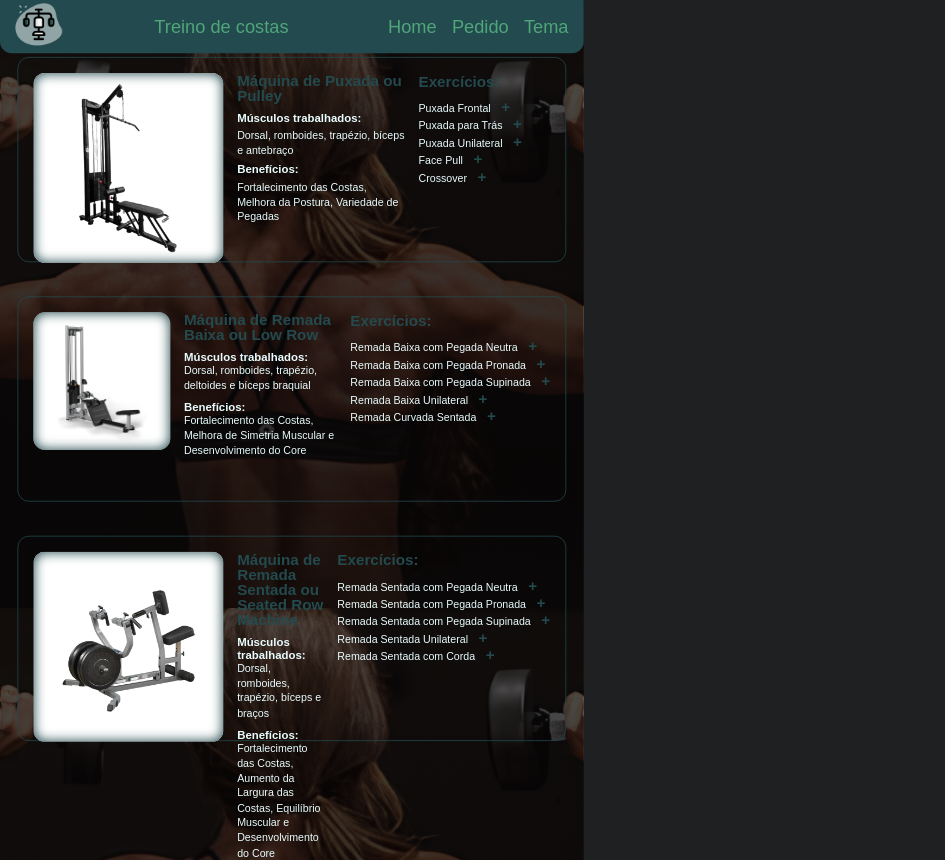
Repository: Marinalr-25/Projeto-Aparelhos-de-Academia
Page: costas.html
An editor plug-in stored every save of this project. The page is shown before and after the next save, followed by the edit.
The browser window is 768 px wide. The page is 768 px wide, then 1244 px, so the pictures cover 1244 px, including what lies to the right of the window. The pictures show the whole page, at 76% of full size.
Backgrounds fixed to the window are drawn as part of the page.

Above is the page before, as saved 2025-01-06 17:19:31.
Console error: TypeError: Cannot read properties of null (reading 'addEventListener')

### costas.html
<!DOCTYPE html>
<html lang="pt">
  <head>
    <meta charset="UTF-8" />
    <meta name="viewport" content="width=device-width, initial-scale=1.0" />
    <link rel="stylesheet" href="css/style.css" />
    <link rel="stylesheet" href="css/temas.css" />
    <link
      rel="stylesheet"
      href="css/media-990.css"
      media="(max-width: 990px)"
    />
    <link
      rel="stylesheet"
      href="css/media-767.css"
      media="(max-width: 767px)"
    />

    <link
      rel="stylesheet"
      href="css/media-660.css"
      media="(max-width: 660px)"
    />
    <link
      rel="stylesheet"
      href="css/media-580.css"
      media="(max-width: 580px)"
    />

    <title>costas</title>
  </head>
  <body class="body costas">
    <header class="header sobe">
      <a href="telaPrincipal.html">
        <img class="logo" src="imagens/logoverde.png" alt="logo" />
      </a>
      <p>Treino de costas</p>
      <nav>
        <ul>
          <li class="lista-cabecalho" class="homeCostas">
            <a href="telaPrincipal.html">Home</a>
          </li>
          <li class="lista-cabecalho" id="pedido">
            <a href="pedido.html">Pedido</a>
          </li>
          <li class="lista-cabecalho" id="tema"><a href="#">Tema</a></li>
        </ul>
      </nav>
      <div class="nav-icones">
        <svg
          xmlns="http://www.w3.org/2000/svg"
          class="nav-icone--menu"
          viewBox="0 0 512 512"
        >
          <path
            fill="none"
            stroke="currentColor"
            stroke-linecap="round"
            stroke-miterlimit="10"
            stroke-width="32"
            d="M80 160h352M80 256h352M80 352h352"
          ></path>
        </svg>

        <svg
          xmlns="http://www.w3.org/2000/svg"
          class="nav-icone--fechar"
          viewBox="0 0 512 512"
        >
          <path
            fill="none"
            stroke="currentColor"
            stroke-linecap="round"
            stroke-linejoin="round"
            stroke-width="32"
            d="M368 368L144 144M368 144L144 368"
          ></path>
        </svg>
      </div>
    </header>
    <main class="mainBody move-bottom">
      <section>
        <div class="container">
          <div class="maquinas">
            <img
              class="img-maquinas"
              src="aparelhos/maquina-pulley.png"
              alt="maquina-pulley"
            />
            <div class="informacoes">
              <div>
                <h2 class="title">Máquina de Puxada ou Pulley</h2>
              </div>
              <div class="separar">
                <div class="infos">
                  <h3 class="h3">Músculos trabalhados:</h3>
                  <p class="info">
                    Dorsal, romboides, trapézio, bíceps e antebraço
                  </p>
                </div>
                <div class="infos">
                  <h3 class="h3">Benefícios:</h3>
                  <p class="info">
                    Fortalecimento das Costas, Melhora da Postura, Variedade de
                    Pegadas
                  </p>
                </div>
              </div>
            </div>
            <div class="exercicios">
              <h3 class="title">Exercícios:</h3>
              <ul>
                <li>
                  Puxada Frontal
                  <span class="mais">+</span>
                  <div class="tooltip">
                    Sente-se na máquina, segure a barra com as mãos afastadas na
                    largura dos ombros (pegada pronada ou neutra) e puxe a barra
                    em direção ao peito, mantendo os cotovelos para baixo e para
                    trás.
                  </div>
                </li>
                <li>
                  Puxada para Trás
                  <span class="mais">+</span>
                  <div class="tooltip">
                    Sente-se na máquina, segure a barra com as palmas para cima
                    e as mãos mais afastadas que a largura dos ombros e puxe a
                    barra em direção ao peito, mantendo os cotovelos para trás e
                    perto do corpo
                  </div>
                </li>
                <li>
                  Puxada Unilateral
                  <span class="mais">+</span>
                  <div class="tooltip">
                    Sente-se ou fique de pé, segurando uma alça com uma mão e
                    mantendo o tronco estável, com a outra mão livre ou
                    segurando o apoio da máquina. Puxe o cabo em direção ao
                    tronco, mantendo o cotovelo próximo ao corpo e a escápula
                    contraída.
                  </div>
                </li>
                <li>
                  Face Pull
                  <span class="mais">+</span>
                  <div class="tooltip">
                    Segure a corda com as duas mãos e puxe o cabo em direção ao
                    rosto, ativando os deltoides posteriores e o trapézio.
                  </div>
                </li>
                <li>
                  Crossover
                  <span class="mais">+</span>
                  <div class="tooltip">
                    Com as cordas ou alças ajustadas nas duas extremidades da
                    máquina, puxe as alças cruzando-as à frente do corpo, como
                    se estivesse tentando juntar as mãos em um movimento de
                    abertura de peito.
                  </div>
                </li>
              </ul>
            </div>
          </div>
          <div class="maquinas">
            <div class="img-maquinas">
              <img src="aparelhos/maquina-low-row.png" alt="maquina-pulley" />
            </div>
            <div class="informacoes">
              <div>
                <h2 class="title">Máquina de Remada Baixa ou Low Row</h2>
              </div>
              <div class="infos">
                <h3 class="h3">Músculos trabalhados:</h3>
                <p class="info">
                  Dorsal, romboides, trapézio, deltoides e bíceps braquial
                </p>
              </div>
              <div class="infos">
                <h3 class="h3">Benefícios:</h3>
                <p class="info">
                  Fortalecimento das Costas, Melhora de Simetria Muscular e
                  Desenvolvimento do Core
                </p>
              </div>
            </div>
            <div class="exercicios">
              <h3 class="title">Exercícios:</h3>
              <ul>
                <li>
                  Remada Baixa com Pegada Neutra
                  <span class="mais">+</span>
                  <div class="tooltip">
                    Esse é o exercício clássico na máquina, onde a pessoa usa um
                    pegador em formato de "V" (pegada neutra) para trabalhar
                    principalmente a espessura da parte média das costas, com
                    foco nos músculos romboides e dorsais
                  </div>
                </li>
                <li>
                  Remada Baixa com Pegada Pronada
                  <span class="mais">+</span>
                  <div class="tooltip">
                    Nessa variação, o pegador é reto e a pegada é com as palmas
                    voltadas para baixo, o que enfatiza mais o trapézio e o
                    latíssimo do dorso, além de dar um estímulo aos romboides
                  </div>
                </li>
                <li>
                  Remada Baixa com Pegada Supinada
                  <span class="mais">+</span>
                  <div class="tooltip">
                    Aqui a pegada é invertida, com as palmas das mãos voltadas
                    para cima. Essa variação ajuda a ativar mais o bíceps junto
                    com as costas, criando um movimento que trabalha tanto a
                    parte superior quanto inferior das costas
                  </div>
                </li>
                <li>
                  Remada Baixa Unilateral
                  <span class="mais">+</span>
                  <div class="tooltip">
                    Esse exercício é feito segurando o pegador com uma única mão
                    de cada vez, permitindo maior foco no lado direito ou
                    esquerdo das costas separadamente, o que ajuda na simetria e
                    força
                  </div>
                </li>
                <li>
                  Remada Curvada Sentada
                  <span class="mais">+</span>
                  <div class="tooltip">
                    Uma variação onde o tronco se inclina ligeiramente para
                    frente antes de puxar o cabo, ativando diferentes áreas dos
                    dorsais e da parte inferior das costas, além de trabalhar a
                    estabilização
                  </div>
                </li>
              </ul>
            </div>
          </div>
          <div class="maquinas">
            <img
              class="img-maquinas"
              src="aparelhos/seated-row-machine.png"
              alt="maquina-pulley"
            />
            <div class="informacoes">
              <div>
                <h2 class="title">
                  Máquina de Remada Sentada ou Seated Row Machine
                </h2>
              </div>
              <div class="infos">
                <h3 class="h3">Músculos trabalhados:</h3>
                <p class="info">Dorsal, romboides, trapézio, bíceps e braços</p>
              </div>
              <div class="infos">
                <h3 class="h3">Benefícios:</h3>
                <p class="info">
                  Fortalecimento das Costas, Aumento da Largura das Costas,
                  Equilíbrio Muscular e Desenvolvimento do Core
                </p>
              </div>
            </div>
            <div class="exercicios">
              <h3 class="title">Exercícios:</h3>
              <ul>
                <li>
                  Remada Sentada com Pegada Neutra
                  <span class="mais">+</span>
                  <div class="tooltip">
                    Segure as alças com as palmas das mãos voltadas uma para a
                    outra (pegada neutra) e puxe em direção ao tronco, mantendo
                    os cotovelos próximos ao corpo e os ombros relaxados.
                    Contraia as escápulas no final do movimento
                  </div>
                </li>
                <li>
                  Remada Sentada com Pegada Pronada
                  <span class="mais">+</span>
                  <div class="tooltip">
                    Segure a barra com as palmas das mãos voltadas para baixo
                    (pegada pronada) e puxe a barra para o corpo, mantendo os
                    cotovelos alinhados com o tronco. Evite balançar o corpo e
                    use um movimento controlado
                  </div>
                </li>
                <li>
                  Remada Sentada com Pegada Supinada
                  <span class="mais">+</span>
                  <div class="tooltip">
                    Segure a barra com as palmas das mãos voltadas para cima
                    (pegada supinada). Puxe a barra em direção ao corpo,
                    mantendo os cotovelos mais baixos e próximos ao tronco
                  </div>
                </li>
                <li>
                  Remada Sentada Unilateral
                  <span class="mais">+</span>
                  <div class="tooltip">
                    Segure a alça com uma mão e puxe o cabo em direção ao
                    tronco. Mantenha o tronco estável e evite torcer o corpo.
                    Repita o movimento para o outro lado
                  </div>
                </li>
                <li>
                  Remada Sentada com Corda
                  <span class="mais">+</span>
                  <div class="tooltip">
                    Use uma corda para segurar as alças e puxe em direção ao
                    tronco, abrindo as mãos ao final do movimento, aumentando a
                    contração nos romboides e trapézio.
                  </div>
                </li>
              </ul>
            </div>
          </div>
        </div>
      </section>
    </main>
    <section class="pop-up-temas">
      <div class="container">
        <div class="bolinha verde"></div>
        <div class="bolinha azul"></div>
        <div class="bolinha rosa"></div>
        <div class="bolinha vermelho"></div>
        <div class="bolinha roxo"></div>
        <div class="bolinha laranja"></div>
        <svg
          xmlns="http://www.w3.org/2000/svg"
          class="icone-fechar"
          viewBox="0 0 512 512"
        >
          <path
            fill="none"
            stroke="currentColor"
            stroke-linecap="round"
            stroke-linejoin="round"
            stroke-width="32"
            d="M368 368L144 144M368 144L144 368"
          ></path>
        </svg>
      </div>
    </section>
    <script src="js/script.js"></script>
    <script src="js/costas.js"></script>
    <script src="js/temas.js"></script>
  </body>
</html>

### css/temas.css
:root {
  --cor-fundo: #234a4e;
  --cor-texto: #4fa679;
  --verde-primario: #234a4e;
  --verde-secundario: #4fa679;
  --azul-primario: #0d6bb2;
  --azul-secundario: #83e3ff;
  --rosa-primario: #ae2478;
  --rosa-secundario: #eed3e4;
  --vermelho-primario: #a50000;
  --vermelho-secundario: #e4b2b2;
  --roxo-primario: #4c4c99;
  --roxo-secundario: #c9c9e0;
  --laranja-primario: #ff6c37;
  --laranja-secundario: #ffd2c3;
}

.pop-up-temas {
  display: none;
  transition: opacity 0.3s ease, transform 0.3s ease;
  &.aberto {
    display: flex;
    position: fixed;
    top: 50%;
    left: 50%;
    transform: translate(-50%, -50%);
    opacity: 1;
    height: 18rem;
    background-color: rgba(0, 0, 0, 0.95);
    border-radius: 1.5rem;

    & .container {
      display: flex;
      justify-content: center;
      align-items: center;
      gap: 1rem;
      flex-direction: row;
      padding: 2rem;
      max-width: 65rem;
      position: relative;

      & .bolinha {
        width: 4rem;
        height: 4rem;
        margin: 0.5rem;
        border-radius: 50%;

        &.verde {
          background: linear-gradient(
            to right,
            var(--verde-primario) 50%,
            var(--verde-secundario) 50%
          );
        }
        &.azul {
          background: linear-gradient(
            to right,
            var(--azul-primario) 50%,
            var(--azul-secundario) 50%
          );
        }

        &.rosa {
          background: linear-gradient(
            to right,
            var(--rosa-primario) 50%,
            var(--rosa-secundario) 50%
          );
        }
        &.vermelho {
          background: linear-gradient(
            to right,
            var(--vermelho-primario) 50%,
            var(--vermelho-secundario) 50%
          );
        }
        &.roxo {
          background: linear-gradient(
            to right,
            var(--roxo-primario) 50%,
            var(--roxo-secundario) 50%
          );
        }
        &.laranja {
          background: linear-gradient(
            to right,
            var(--laranja-primario) 50%,
            var(--laranja-secundario) 50%
          );
        }
      }
      & .icone-fechar {
        display: block;
        position: absolute;
        top: 0;
        right: 0;
        color: var(--cor-texto);
        z-index: 10001;
        width: 5rem;
        height: 5rem;
      }
    }
  }
}

### css/media-990.css
@media all and (max-width: 61.87em) {
  .body.costas {
    background-size: cover;
    & .mainBody {
      margin-top: 5rem;
      & .container {
        & .maquinas {
          width: 94vw;
          height: 27rem;
          gap: 1.8rem;

          & .img-maquinas {
            & img {
              width: 18rem;
              height: 18rem;
            }

            & > div {
              align-self: center;
            }
          }

          & .informacoes {
            max-width: 100%;
            gap: 1rem;
            padding: 0;
            & .title {
              font-size: 2rem;
              line-height: 1;
            }

            & .separar {
              gap: 0.6rem;
            }

            & .infos {
              & .h3 {
                font-size: 1.5rem;
              }
              & .info {
                font-size: 1.4rem;
              }
            }
          }

          & .exercicios {
            max-width: 100%;
            gap: 1rem;

            & .title {
              font-size: 2rem;
            }

            & ul li {
              font-size: 1.4rem;
              padding-bottom: 0rem;
            }
          }
        }
      }
    }
  }
}

### css/media-767.css
@media all and (max-width: 48em) {
  html {
    font-size: 56.25%;
  }

  .header {
    font-size: 2rem;
  }

  .tela-inicial {
    & .box-inicial {
      & .segunda-tela {
        & .aparelhos {
          width: 15rem;
          &.esquerda {
            top: 15px;
          }
        }
      }
    }
  }

  .body {
    .header {
      & .logo {
        width: 10.7vw;
        height: 10.7vw;
        min-height: 9rem;
        min-width: 9rem;
      }

      nav {
        display: none;
        opacity: 0;
        transform: translateX(100%);
        transition: opacity 0.3s ease;

        &.aberto {
          display: flex;
          opacity: 0.9;
          transform: translateX(0);
        }
      }
      & .nav-icones {
        display: block;
        max-width: 30%;
        width: 5rem;
        height: 5rem;
        margin-right: 2rem;
        margin-left: 2rem;
        color: var(--cor-texto);
        z-index: 10001;
      }
    }
    & .nav-icone--fechar {
      display: none;
    }
    &.aberto {
      opacity: 0.9;
      & nav {
        display: flex;
        flex-direction: column;
        justify-content: center;
        transform: translateX(100%);
        transition: opacity 0.3s ease, transform 0.3s ease;
        align-items: center;
        box-shadow: inset 0 0 0 3px var(--cor-texto);
        background-color: var(--cor-fundo);
        border-top-left-radius: 50px;
        border-bottom-left-radius: 50px;
        opacity: 0.9;
        position: fixed;
        top: 0;
        width: 20%;
        height: 700px;
        right: 0;
        z-index: 1000;
        overflow: hidden;

        & ul {
          flex-direction: column;
          align-items: center;
          & li {
            &:hover {
              text-decoration: underline;
            }
          }
        }
      }
      & .nav-icone--menu {
        display: block;
      }
      & .nav-icone--fechar {
        display: none;
      }
    }

    & .tela-principal {
      & .container {
        & .box {
          &.braco {
            background-image: url(/imagens/braço.png);
          }

          &.perna {
            background-image: url(/imagens/perna.png);
          }

          &.ombro {
            background-image: url(/imagens/ombro.png);
          }

          &.costas {
            background-image: url(/imagens/costasHDrecortada.png);
          }

          &.peito {
            background-image: url(/imagens/peito.png);
          }
          &.abdomen {
            background-image: url(/imagens/abdomen.png);
          }
        }
      }
    }
    &.costas {
      & .mainBody {
        margin-top: 5rem;
        & .container {
          flex-direction: row;
          justify-content: center;
          flex-wrap: wrap;
          padding-top: 3.5rem;
          & .maquinas {
            flex-direction: column;
            width: 40rem;
            height: auto;
            & .img-maquinas {
              display: block;
              margin: 0 auto;
            }

            & .informacoes {
              & .title {
                font-size: 2rem;
                line-height: 1;
              }
              & .infos {
                & .h3 {
                  font-size: 1.8rem;
                }
                & .info {
                  font-size: 1.6rem;
                }
              }
            }

            & .exercicios {
              width: 100%;
              gap: 0.5rem;

              & ul li {
                font-size: 1.6rem;
                padding-bottom: 0;
              }
            }
          }
        }
      }
    }
  }
}

### css/media-660.css
@media all and (max-width: 41.25em) {
  .tela-inicial {
    & .box-inicial {
      & .primeira-tela {
        justify-content: center;
      }
      & .segunda-tela {
        gap: 1.5rem;
      }
      & .pontos {
        & div {
          width: 0.9rem;
          height: 0.9rem;
        }
        & .primeiro-ponto {
          transform: translate(-25px, 7px);
        }
        & .segundo-ponto {
          transform: translate(0, 0);
        }
        & .terceiro-ponto {
          transform: translate(25px, -7px);
        }
      }
    }

    .topo {
      & .h2-muitoBem {
        text-align: center;
        & #nome-saudacao {
          display: block;
        }
      }
    }
  }

  .body.costas {
    background-size: cover;
  }
}

### css/media-580.css
@media all and (max-width: 36.25em) {
  .tela-inicial {
    & .box-inicial {
      height: 60rem;
      & .pontos {
        & div {
          width: 0.9rem;
        }
        & .primeiro-ponto {
          transform: translate(-25px, -3px);
        }
        & .segundo-ponto {
          transform: translate(0, -10px);
        }
        & .terceiro-ponto {
          transform: translate(25px, -17px);
        }
      }
    }
  }
}

Loaded but not shown: js/temas.js (93 lines, source omitted); js/script.js (83 lines, source omitted); js/costas.js (18 lines, source omitted); css/style.css (560 lines, source omitted)

After the next save:
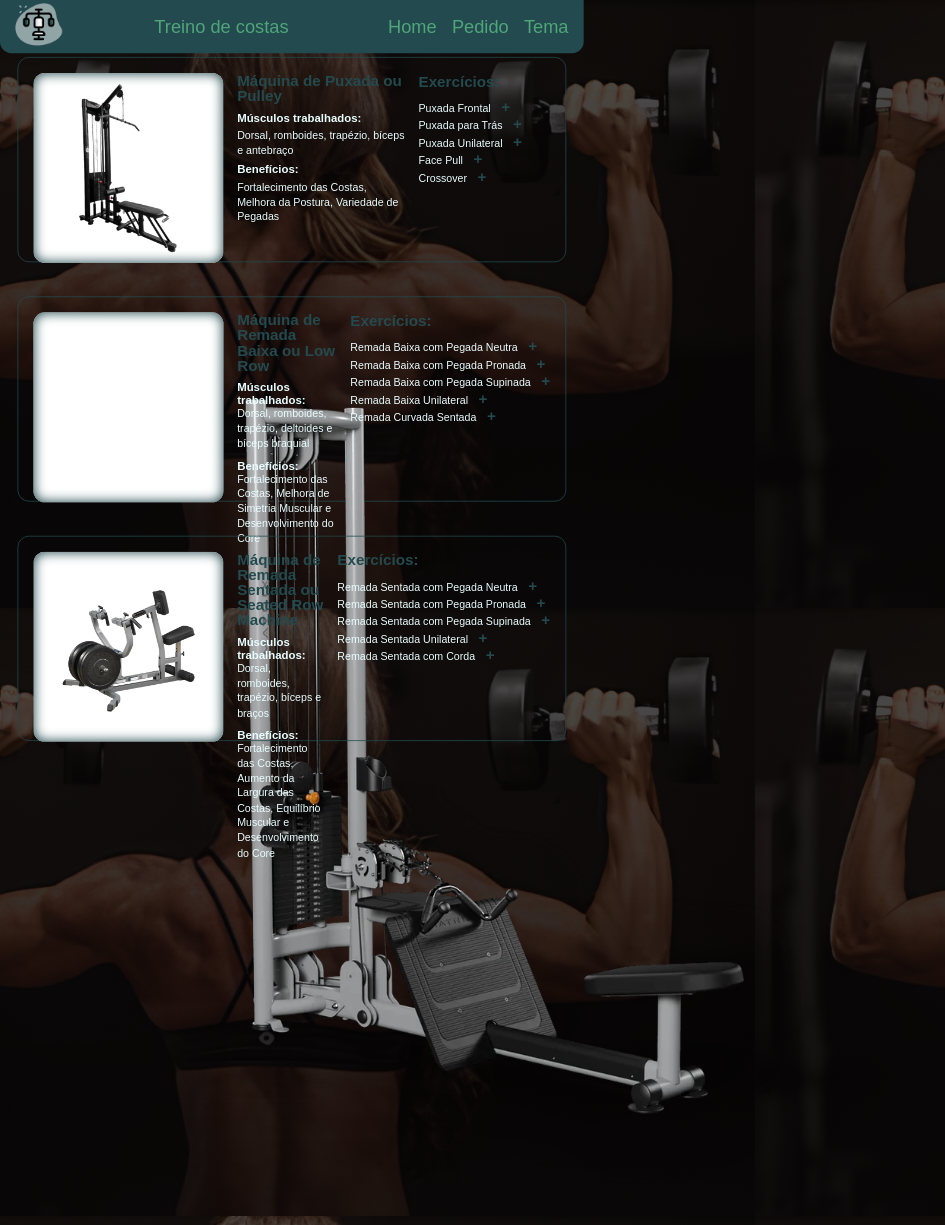
Saved 11 min 4 s later.
--- a/css/media-990.css
+++ b/css/media-990.css
@@ -11,11 +11,11 @@
 
           & .img-maquinas {
             & img {
-              width: 18rem;
-              height: 18rem;
             }
 
             & > div {
+              width: 18rem;
+              height: 18rem;
               align-self: center;
             }
           }
